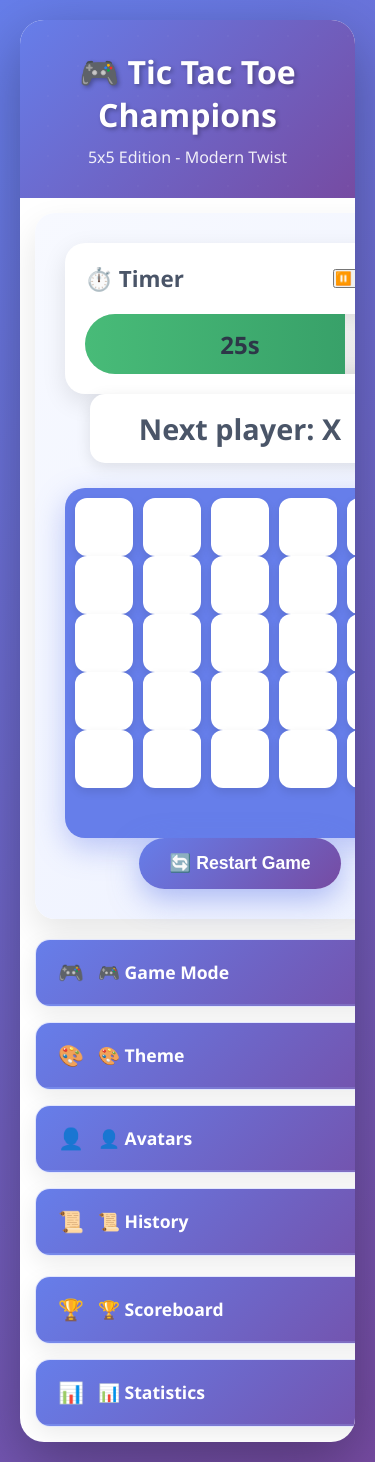
Repository: sofia123776/TIC-TAC-TOE
Page: /
The author's editor kept a copy of each file at every save. The page is drawn from the files as they stood at one save, then again after the next save.
The browser window is 375 px wide. The pictures show the whole page.
The project was rebuilt for these pictures with package versions that can differ from the ones it lists, and the page was loaded fresh each time. Also part of the build but not shown: vite.config.js.

Above is the page before, as saved 2025-12-09 17:47:10.

### index.html
<!doctype html>
<html lang="en">
  <head>
    <meta charset="UTF-8" />
    <link rel="icon" type="image/svg+xml" href="/vite.svg" />
    <meta name="viewport" content="width=device-width, initial-scale=1.0" />
    <title>tic-tac-toe</title>
  </head>
  <body>
    <div id="root"></div>
    <script type="module" src="/src/main.jsx"></script>
  </body>
</html>

### src/main.jsx
// src/main.jsx
import React from 'react'
import ReactDOM from 'react-dom/client'
import App from './App'
import './App.css'

ReactDOM.createRoot(document.getElementById('root')).render(
  <React.StrictMode>
    <App />
  </React.StrictMode>
)

### src/App.css
/* ===== RESET & BASE ===== */
* {
  margin: 0;
  padding: 0;
  box-sizing: border-box;
}

body {
  font-family: 'Segoe UI', Tahoma, Geneva, Verdana, sans-serif;
  background: linear-gradient(135deg, #667eea 0%, #764ba2 100%);
  min-height: 100vh;
  padding: 20px;
}

/* ===== MAIN CONTAINER ===== */
.game-container {
  max-width: 1400px;
  margin: 0 auto;
  background: white;
  border-radius: 24px;
  box-shadow: 0 20px 60px rgba(0, 0, 0, 0.3);
  overflow: hidden;
  min-height: 90vh;
}

/* ===== HEADER ===== */
.game-header {
  background: linear-gradient(135deg, #667eea 0%, #764ba2 100%);
  color: white;
  padding: 30px 40px;
  text-align: center;
  position: relative;
  overflow: hidden;
}

.game-header::before {
  content: '';
  position: absolute;
  top: -50%;
  left: -50%;
  width: 200%;
  height: 200%;
  background: radial-gradient(circle, rgba(255,255,255,0.1) 1px, transparent 1px);
  background-size: 30px 30px;
  opacity: 0.3;
}

.game-title {
  font-size: 3rem;
  font-weight: 800;
  margin-bottom: 10px;
  text-shadow: 2px 2px 4px rgba(0,0,0,0.3);
  position: relative;
  z-index: 1;
}

.header-subtitle {
  font-size: 1.2rem;
  opacity: 0.9;
  position: relative;
  z-index: 1;
}

/* ===== GAME CONTENT LAYOUT ===== */
.game-content {
  display: grid;
  grid-template-columns: 300px 1fr 300px;
  gap: 30px;
  padding: 30px;
  min-height: 700px;
}

/* ===== SIDEBARS ===== */
.sidebar {
  display: flex;
  flex-direction: column;
  gap: 15px;
}

/* ===== SIDEBAR PANELS ===== */
.sidebar-panel {
  background: #f8f9ff;
  border-radius: 15px;
  overflow: hidden;
  box-shadow: 0 8px 25px rgba(0, 0, 0, 0.08);
  border: 1px solid rgba(102, 126, 234, 0.1);
  transition: all 0.3s ease;
}

.sidebar-panel.closed {
  background: #f0f2ff;
}

.panel-header {
  padding: 18px 20px;
  display: flex;
  align-items: center;
  cursor: pointer;
  background: linear-gradient(135deg, #667eea 0%, #764ba2 100%);
  color: white;
  border-bottom: 2px solid rgba(255, 255, 255, 0.1);
  transition: all 0.3s;
}

.panel-header:hover {
  background: linear-gradient(135deg, #5a6fd8 0%, #6a4290 100%);
  padding-left: 25px;
}

.panel-icon {
  font-size: 1.3rem;
  margin-right: 12px;
  width: 30px;
  text-align: center;
}

.panel-title {
  flex: 1;
  font-weight: 700;
  font-size: 1.1rem;
}

.panel-toggle {
  font-size: 0.9rem;
  transition: transform 0.3s;
}

.sidebar-panel.open .panel-toggle {
  transform: rotate(180deg);
}

.panel-content {
  padding: 20px;
  max-height: 400px;
  overflow-y: auto;
  animation: slideDown 0.3s ease;
}

@keyframes slideDown {
  from {
    opacity: 0;
    transform: translateY(-10px);
  }
  to {
    opacity: 1;
    transform: translateY(0);
  }
}

/* ===== GAME MODE SECTION ===== */
.game-mode-selector {
  display: flex;
  flex-direction: column;
  gap: 12px;
  margin-bottom: 20px;
}

.mode-option {
  display: flex;
  align-items: center;
  gap: 15px;
  padding: 15px;
  background: white;
  border: 2px solid #e2e8f0;
  border-radius: 12px;
  cursor: pointer;
  transition: all 0.3s;
}

.mode-option:hover {
  border-color: #667eea;
  transform: translateX(5px);
}

.mode-option.active {
  background: linear-gradient(135deg, #667eea15 0%, #764ba215 100%);
  border-color: #667eea;
  box-shadow: 0 4px 15px rgba(102, 126, 234, 0.2);
}

.mode-icon {
  font-size: 1.5rem;
  width: 40px;
  height: 40px;
  display: flex;
  align-items: center;
  justify-content: center;
  background: linear-gradient(135deg, #667eea 0%, #764ba2 100%);
  color: white;
  border-radius: 10px;
}

/* ===== AI SETTINGS ===== */
.ai-settings {
  border-top: 2px solid #e2e8f0;
  padding-top: 20px;
  margin-top: 20px;
}

.setting-group {
  margin-bottom: 25px;
}

.setting-title {
  font-size: 1rem;
  color: #4a5568;
  margin-bottom: 12px;
  font-weight: 600;
}

.difficulty-options {
  display: flex;
  flex-direction: column;
  gap: 8px;
}

.difficulty-option {
  display: flex;
  align-items: center;
  gap: 10px;
  padding: 12px 15px;
  background: white;
  border: 2px solid #e2e8f0;
  border-radius: 10px;
  cursor: pointer;
  transition: all 0.3s;
}

.difficulty-option:hover {
  border-color: #667eea;
}

.difficulty-option.active {
  background: linear-gradient(135deg, #667eea10 0%, #764ba210 100%);
  border-color: #667eea;
}

.difficulty-dot {
  width: 12px;
  height: 12px;
  border-radius: 50%;
  margin-right: 5px;
}

.difficulty-dot.easy {
  background: #48bb78;
}

.difficulty-dot.medium {
  background: #ed8936;
}

.difficulty-dot.hard {
  background: #f56565;
}

.player-options {
  display: flex;
  gap: 10px;
}

.player-option {
  flex: 1;
  display: flex;
  flex-direction: column;
  align-items: center;
  padding: 15px;
  background: white;
  border: 2px solid #e2e8f0;
  border-radius: 12px;
  cursor: pointer;
  transition: all 0.3s;
  position: relative;
}

.player-option:hover {
  border-color: #667eea;
}

.player-option.active {
  background: linear-gradient(135deg, #667eea10 0%, #764ba210 100%);
  border-color: #667eea;
}

.option-avatar {
  width: 50px;
  height: 50px;
  border-radius: 50%;
  object-fit: cover;
  margin-bottom: 8px;
  border: 2px solid #e2e8f0;
}

.player-option.active .option-avatar {
  border-color: #667eea;
}

.player-badge {
  position: absolute;
  top: 8px;
  right: 8px;
  background: #48bb78;
  color: white;
  font-size: 0.7rem;
  padding: 2px 8px;
  border-radius: 10px;
}

.ai-info {
  margin-top: 20px;
  padding: 15px;
  background: #f0f7ff;
  border-radius: 10px;
  border-left: 4px solid #4299e1;
}

.ai-description {
  font-size: 0.9rem;
  color: #4a5568;
  text-align: center;
}

/* ===== THEME SELECTOR ===== */
.theme-options {
  display: flex;
  flex-direction: column;
  gap: 12px;
}

.theme-option {
  display: flex;
  align-items: center;
  gap: 15px;
  padding: 15px;
  background: white;
  border: 2px solid #e2e8f0;
  border-radius: 12px;
  cursor: pointer;
  transition: all 0.3s;
}

.theme-option:hover {
  transform: translateX(5px);
}

.theme-option.active {
  border-color: #667eea;
  box-shadow: 0 4px 15px rgba(102, 126, 234, 0.2);
}

.theme-preview {
  width: 40px;
  height: 40px;
  border-radius: 8px;
  border: 2px solid #e2e8f0;
}

.theme-preview.cyberpunk {
  background: linear-gradient(135deg, #0f0c29, #302b63);
}

.theme-preview.neon {
  background: linear-gradient(135deg, #000000, #1a1a2e);
}

.theme-preview.sunset {
  background: linear-gradient(135deg, #ff6b6b, #556270);
}

/* ===== MAIN GAME AREA ===== */
.main-game-area {
  display: flex;
  flex-direction: column;
  align-items: center;
  justify-content: center;
  gap: 25px;
}

.game-board-wrapper {
  background: linear-gradient(135deg, #f7f9ff 0%, #eef2ff 100%);
  padding: 30px;
  border-radius: 20px;
  box-shadow: 0 15px 35px rgba(0, 0, 0, 0.1);
  width: 100%;
  max-width: 700px;
}

/* ===== TIMER IN MAIN AREA ===== */
.timer-display-main {
  background: white;
  border-radius: 20px;
  padding: 20px;
  box-shadow: 0 8px 25px rgba(0, 0, 0, 0.1);
  width: 100%;
  max-width: 700px;
}

.timer-header {
  display: flex;
  justify-content: space-between;
  align-items: center;
  margin-bottom: 20px;
}

.timer-header h3 {
  font-size: 1.4rem;
  color: #4a5568;
  display: flex;
  align-items: center;
  gap: 10px;
}

.timer-circle-main {
  position: relative;
  width: 100%;
  height: 60px;
  border-radius: 30px;
  background: linear-gradient(145deg, #ffffff, #e6e6e6);
  box-shadow: inset 0 0 20px rgba(0, 0, 0, 0.1);
  overflow: hidden;
}

.timer-circle-main.warning {
  background: linear-gradient(145deg, #fff5f5, #fed7d7);
}

.timer-value {
  position: absolute;
  top: 50%;
  left: 50%;
  transform: translate(-50%, -50%);
  font-size: 1.8rem;
  font-weight: 800;
  color: #2d3748;
  z-index: 2;
}

.timer-progress {
  position: absolute;
  top: 0;
  left: 0;
  height: 100%;
  background: linear-gradient(to right, #48bb78, #38a169);
  transition: width 1s linear;
}

.timer-circle-main.warning .timer-progress {
  background: linear-gradient(to right, #f56565, #e53e3e);
}

/* ===== 5x5 GAME BOARD - FIXED ===== */
.board-container {
  display: flex;
  flex-direction: column;
  align-items: center;
  gap: 25px;
}

.status {
  font-size: 1.8rem;
  font-weight: 700;
  color: #4a5568;
  text-align: center;
  padding: 15px 30px;
  background: white;
  border-radius: 15px;
  box-shadow: 0 4px 15px rgba(0, 0, 0, 0.1);
  min-width: 300px;
}

.status.winner {
  background: linear-gradient(135deg, #48bb78, #38a169);
  color: white;
  animation: pulse 2s infinite;
}

@keyframes pulse {
  0%, 100% { transform: scale(1); }
  50% { transform: scale(1.05); }
}

.board-grid {
  display: grid;
  grid-template-columns: repeat(5, 1fr);
  grid-template-rows: repeat(5, 1fr);
  gap: 10px;
  background: #667eea;
  padding: 15px;
  border-radius: 20px;
  box-shadow: 0 10px 30px rgba(102, 126, 234, 0.4);
  width: 550px;
  height: 550px;
}

.square {
  background: white;
  border: none;
  border-radius: 12px;
  display: flex;
  align-items: center;
  justify-content: center;
  cursor: pointer;
  transition: all 0.3s;
  box-shadow: 0 4px 10px rgba(0, 0, 0, 0.1);
  width: 100%;
  height: 100%;
  min-width: 0;
  min-height: 0;
}

.square:hover {
  background: #f7fafc;
  transform: scale(1.05);
  box-shadow: 0 6px 20px rgba(0, 0, 0, 0.15);
}

.square.highlight {
  background: linear-gradient(135deg, #f6e05e, #d69e2e);
  animation: highlight-pulse 1.5s infinite;
}

@keyframes highlight-pulse {
  0%, 100% { box-shadow: 0 0 20px rgba(246, 224, 94, 0.6); }
  50% { box-shadow: 0 0 30px rgba(246, 224, 94, 0.9); }
}

.avatar-img {
  width: 60px;
  height: 60px;
  border-radius: 50%;
  object-fit: cover;
  border: 3px solid #e2e8f0;
}

/* ===== AI INDICATOR ===== */
.ai-indicator {
  background: white;
  border-radius: 15px;
  padding: 15px;
  margin-bottom: 20px;
  box-shadow: 0 4px 15px rgba(0, 0, 0, 0.1);
}

.ai-labels {
  display: flex;
  justify-content: space-between;
  align-items: center;
}

.ai-label {
  flex: 1;
  text-align: center;
  padding: 10px;
  border-radius: 10px;
  font-weight: 600;
  font-size: 1.1rem;
}

.ai-label.ai {
  background: linear-gradient(135deg, #f5656510 0%, #e53e3e10 100%);
  color: #e53e3e;
}

.ai-label.human {
  background: linear-gradient(135deg, #48bb7810 0%, #38a16910 100%);
  color: #38a169;
}

.ai-label-vs {
  padding: 0 20px;
  font-weight: 700;
  color: #4a5568;
}

/* ===== ACTION BUTTONS ===== */
.action-buttons {
  display: flex;
  justify-content: center;
  width: 100%;
  max-width: 700px;
}

.restart-btn-main {
  padding: 18px 50px;
  font-size: 1.3rem;
  font-weight: 700;
  background: linear-gradient(135deg, #667eea 0%, #764ba2 100%);
  color: white;
  border: none;
  border-radius: 50px;
  cursor: pointer;
  transition: all 0.3s;
  box-shadow: 0 10px 30px rgba(102, 126, 234, 0.5);
}

.restart-btn-main:hover {
  transform: scale(1.05);
  box-shadow: 0 15px 40px rgba(102, 126, 234, 0.7);
}

/* ===== AVATAR SELECTION - FIXED ===== */
.avatar-selection-grid {
  display: flex;
  flex-direction: column;
  gap: 25px;
}

.avatar-selector-compact {
  display: flex;
  flex-direction: column;
  align-items: center;
  gap: 15px;
  padding: 15px;
  background: white;
  border-radius: 15px;
  border: 2px solid #e2e8f0;
}

.player-label {
  font-weight: 700;
  color: #4a5568;
  font-size: 1.1rem;
  text-transform: uppercase;
  letter-spacing: 1px;
  text-align: center;
  width: 100%;
  padding-bottom: 10px;
  border-bottom: 2px solid #e2e8f0;
}

.current-avatar {
  width: 80px;
  height: 80px;
  border-radius: 50%;
  overflow: hidden;
  border: 4px solid #667eea;
  box-shadow: 0 4px 15px rgba(102, 126, 234, 0.3);
}

.current-avatar img {
  width: 100%;
  height: 100%;
  object-fit: cover;
  display: block;
}

.avatar-options-compact {
  display: flex;
  flex-wrap: wrap;
  gap: 10px;
  justify-content: center;
}

.avatar-option-compact {
  width: 50px;
  height: 50px;
  border-radius: 50%;
  overflow: hidden;
  cursor: pointer;
  border: 3px solid #cbd5e0;
  transition: all 0.3s;
  flex-shrink: 0;
}

.avatar-option-compact:hover {
  transform: scale(1.1);
  border-color: #667eea;
}

.avatar-option-compact.selected {
  border-color: #48bb78;
  transform: scale(1.15);
  box-shadow: 0 4px 15px rgba(72, 187, 120, 0.4);
}

.avatar-option-compact img {
  width: 100%;
  height: 100%;
  object-fit: cover;
  display: block;
}

/* ===== SCOREBOARD ===== */
.scoreboard-cards {
  display: flex;
  flex-direction: column;
  gap: 15px;
}

.score-card {
  display: flex;
  align-items: center;
  gap: 20px;
  padding: 20px;
  background: white;
  border-radius: 15px;
  box-shadow: 0 4px 15px rgba(0, 0, 0, 0.08);
  transition: transform 0.3s;
}

.score-card:hover {
  transform: translateY(-3px);
}

.player-x-score {
  border-left: 5px solid #f56565;
}

.player-o-score {
  border-left: 5px solid #4299e1;
}

.draws-score {
  border-left: 5px solid #ed8936;
}

.score-avatar {
  width: 60px;
  height: 60px;
  border-radius: 50%;
  overflow: hidden;
  flex-shrink: 0;
  position: relative;
}

.score-avatar img {
  width: 100%;
  height: 100%;
  object-fit: cover;
  display: block;
}

.ai-badge {
  position: absolute;
  bottom: -5px;
  right: -5px;
  background: #f56565;
  color: white;
  width: 25px;
  height: 25px;
  border-radius: 50%;
  display: flex;
  align-items: center;
  justify-content: center;
  font-size: 0.8rem;
  border: 2px solid white;
}

.score-info {
  flex: 1;
}

.score-info h4 {
  font-size: 1.1rem;
  color: #4a5568;
  margin-bottom: 5px;
}

.score-value {
  font-size: 2.5rem;
  font-weight: 800;
  color: #2d3748;
  line-height: 1;
}

.score-label {
  font-size: 0.9rem;
  color: #a0aec0;
  margin-top: 2px;
}

/* ===== PLAYER STATISTICS ===== */
.player-tabs {
  display: flex;
  gap: 10px;
  margin-bottom: 20px;
}

.player-tab {
  flex: 1;
  display: flex;
  flex-direction: column;
  align-items: center;
  gap: 8px;
  padding: 15px;
  background: white;
  border-radius: 15px;
  cursor: pointer;
  transition: all 0.3s;
  border: 2px solid #e2e8f0;
}

.player-tab:hover {
  border-color: #667eea;
}

.player-tab.active {
  background: linear-gradient(135deg, #667eea 0%, #764ba2 100%);
  color: white;
  border-color: #667eea;
  transform: translateY(-2px);
  box-shadow: 0 6px 20px rgba(102, 126, 234, 0.4);
}

.tab-avatar {
  width: 40px;
  height: 40px;
  border-radius: 50%;
  object-fit: cover;
}

.player-tab.active .tab-avatar {
  border: 2px solid white;
}

.stats-grid {
  display: grid;
  grid-template-columns: repeat(2, 1fr);
  gap: 15px;
  margin-bottom: 20px;
}

.stat-box {
  background: white;
  border-radius: 15px;
  padding: 15px;
  display: flex;
  align-items: center;
  gap: 15px;
  box-shadow: 0 4px 12px rgba(0, 0, 0, 0.05);
}

.stat-icon {
  font-size: 2rem;
  width: 50px;
  height: 50px;
  display: flex;
  align-items: center;
  justify-content: center;
  background: linear-gradient(135deg, #667eea 0%, #764ba2 100%);
  color: white;
  border-radius: 12px;
}

.stat-content {
  flex: 1;
}

.stat-value {
  font-size: 1.5rem;
  font-weight: 800;
  color: #2d3748;
  line-height: 1;
}

.stat-label {
  font-size: 0.8rem;
  color: #a0aec0;
  margin-top: 4px;
}

.detailed-stats {
  background: white;
  border-radius: 15px;
  padding: 20px;
  box-shadow: 0 4px 12px rgba(0, 0, 0, 0.05);
}

.detailed-stat {
  display: flex;
  justify-content: space-between;
  align-items: center;
  padding: 10px 0;
  border-bottom: 1px solid #e2e8f0;
}

.detailed-stat:last-child {
  border-bottom: none;
}

.stat-number {
  font-weight: 700;
  font-size: 1.2rem;
}

.stat-number.win {
  color: #48bb78;
}

.stat-number.loss {
  color: #f56565;
}

.player-stats {
  display: none;
}

.player-stats.active {
  display: block;
  animation: fadeIn 0.5s ease;
}

@keyframes fadeIn {
  from { opacity: 0; transform: translateY(10px); }
  to { opacity: 1; transform: translateY(0); }
}

/* ===== AI THINKING INDICATOR ===== */
.ai-thinking-indicator {
  position: fixed;
  top: 0;
  left: 0;
  right: 0;
  bottom: 0;
  background: rgba(0, 0, 0, 0.8);
  display: flex;
  align-items: center;
  justify-content: center;
  z-index: 1000;
  backdrop-filter: blur(10px);
}

.ai-thinking-content {
  background: white;
  padding: 40px;
  border-radius: 20px;
  text-align: center;
  box-shadow: 0 20px 60px rgba(0, 0, 0, 0.4);
  animation: popIn 0.6s cubic-bezier(0.68, -0.55, 0.265, 1.55);
}

.thinking-dots {
  font-size: 3rem;
  margin-bottom: 15px;
}

.thinking-dots .dot {
  animation: blink 1.5s infinite;
  opacity: 0;
}

.thinking-dots .dot:nth-child(2) { animation-delay: 0.2s; }
.thinking-dots .dot:nth-child(3) { animation-delay: 0.4s; }

@keyframes blink {
  0%, 100% { opacity: 0.2; }
  50% { opacity: 1; }
}

.ai-thinking-content p {
  font-size: 1.2rem;
  color: #4a5568;
  font-weight: 600;
}

/* ===== GAME OVER POPUP ===== */
.game-over-overlay {
  position: fixed;
  top: 0;
  left: 0;
  right: 0;
  bottom: 0;
  background: rgba(0, 0, 0, 0.8);
  display: flex;
  justify-content: center;
  align-items: center;
  z-index: 1000;
  backdrop-filter: blur(10px);
}

.game-over-box {
  background: white;
  padding: 50px;
  border-radius: 30px;
  text-align: center;
  max-width: 500px;
  width: 90%;
  box-shadow: 0 30px 60px rgba(0, 0, 0, 0.4);
  animation: popIn 0.6s cubic-bezier(0.68, -0.55, 0.265, 1.55);
}

@keyframes popIn {
  0% {
    opacity: 0;
    transform: scale(0.5) rotate(-10deg);
  }
  100% {
    opacity: 1;
    transform: scale(1) rotate(0deg);
  }
}

.celebration {
  font-size: 4rem;
  margin-bottom: 20px;
  animation: bounce 2s infinite;
}

@keyframes bounce {
  0%, 100% { transform: translateY(0); }
  50% { transform: translateY(-20px); }
}

.game-over-box h2 {
  font-size: 2.5rem;
  color: #2d3748;
  margin-bottom: 15px;
}

.ai-result-message {
  background: linear-gradient(135deg, #667eea10 0%, #764ba210 100%);
  padding: 15px;
  border-radius: 15px;
  margin: 20px 0;
  font-size: 1.2rem;
  color: #4a5568;
}

.ai-difficulty-tag {
  display: inline-block;
  background: #667eea;
  color: white;
  padding: 5px 15px;
  border-radius: 20px;
  font-size: 0.9rem;
  margin-top: 8px;
}

.popup-message {
  font-size: 1.2rem;
  color: #718096;
  margin-bottom: 30px;
}

.restart-btn {
  padding: 18px 50px;
  font-size: 1.3rem;
  font-weight: 700;
  background: linear-gradient(135deg, #667eea 0%, #764ba2 100%);
  color: white;
  border: none;
  border-radius: 50px;
  cursor: pointer;
  transition: all 0.3s;
  box-shadow: 0 10px 30px rgba(102, 126, 234, 0.5);
}

.restart-btn:hover {
  transform: scale(1.05);
  box-shadow: 0 15px 40px rgba(102, 126, 234, 0.7);
}

/* ===== RESPONSIVE DESIGN ===== */
@media (max-width: 1200px) {
  .game-content {
    grid-template-columns: 280px 1fr 280px;
  }

  .board-grid {
    width: 500px;
    height: 500px;
  }
}

@media (max-width: 1100px) {
  .game-content {
    grid-template-columns: 250px 1fr 250px;
  }

  .board-grid {
    width: 450px;
    height: 450px;
  }

  .avatar-img {
    width: 50px;
    height: 50px;
  }
}

@media (max-width: 900px) {
  .game-content {
    grid-template-columns: 1fr;
    grid-template-rows: auto auto;
    gap: 20px;
  }

  .sidebar {
    flex-direction: row;
    flex-wrap: wrap;
  }

  .sidebar-panel {
    flex: 1;
    min-width: 300px;
  }

  .main-game-area {
    order: 1;
  }

  .left-sidebar {
    order: 2;
  }

  .right-sidebar {
    order: 3;
  }

  .board-grid {
    width: 400px;
    height: 400px;
  }
}

@media (max-width: 600px) {
  .game-content {
    padding: 15px;
  }

  .sidebar-panel {
    min-width: 100%;
  }

  .board-grid {
    width: 350px;
    height: 350px;
    gap: 10px;
    padding: 10px;
  }

  .avatar-img {
    width: 40px;
    height: 40px;
  }

  .stats-grid {
    grid-template-columns: 1fr;
  }

  .game-title {
    font-size: 2rem;
  }

  .header-subtitle {
    font-size: 1rem;
  }

  .timer-value {
    font-size: 1.5rem;
  }

  .restart-btn-main {
    padding: 15px 30px;
    font-size: 1.1rem;
  }
}

Loaded but not shown: src/App.jsx (1070 lines, source omitted)

After the next save:
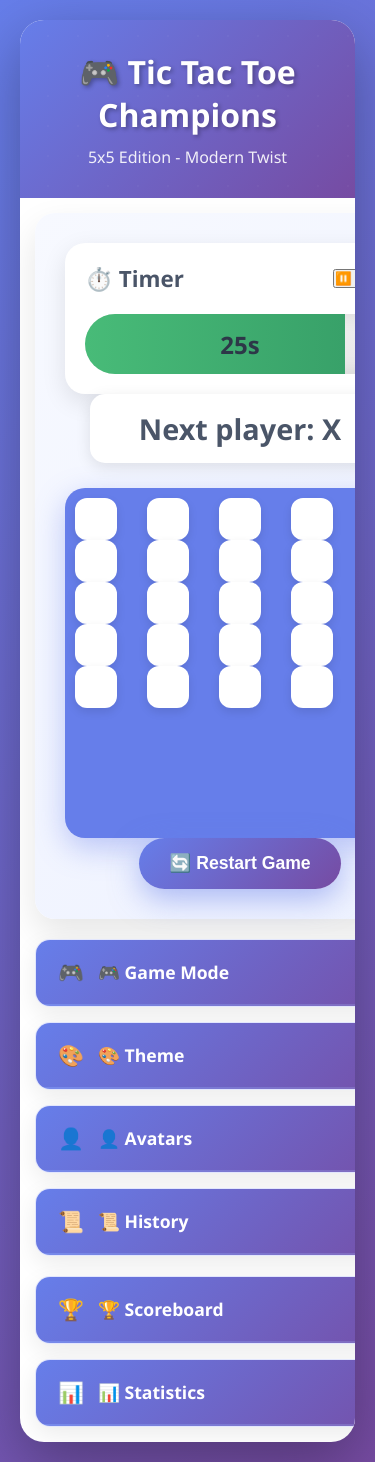
Saved 20 s later.
--- a/src/App.css
+++ b/src/App.css
@@ -1125,7 +1125,7 @@ body {
   .board-grid {
     width: 350px;
     height: 350px;
-    gap: 10px;
+    gap: 30px;
     padding: 10px;
   }
 
